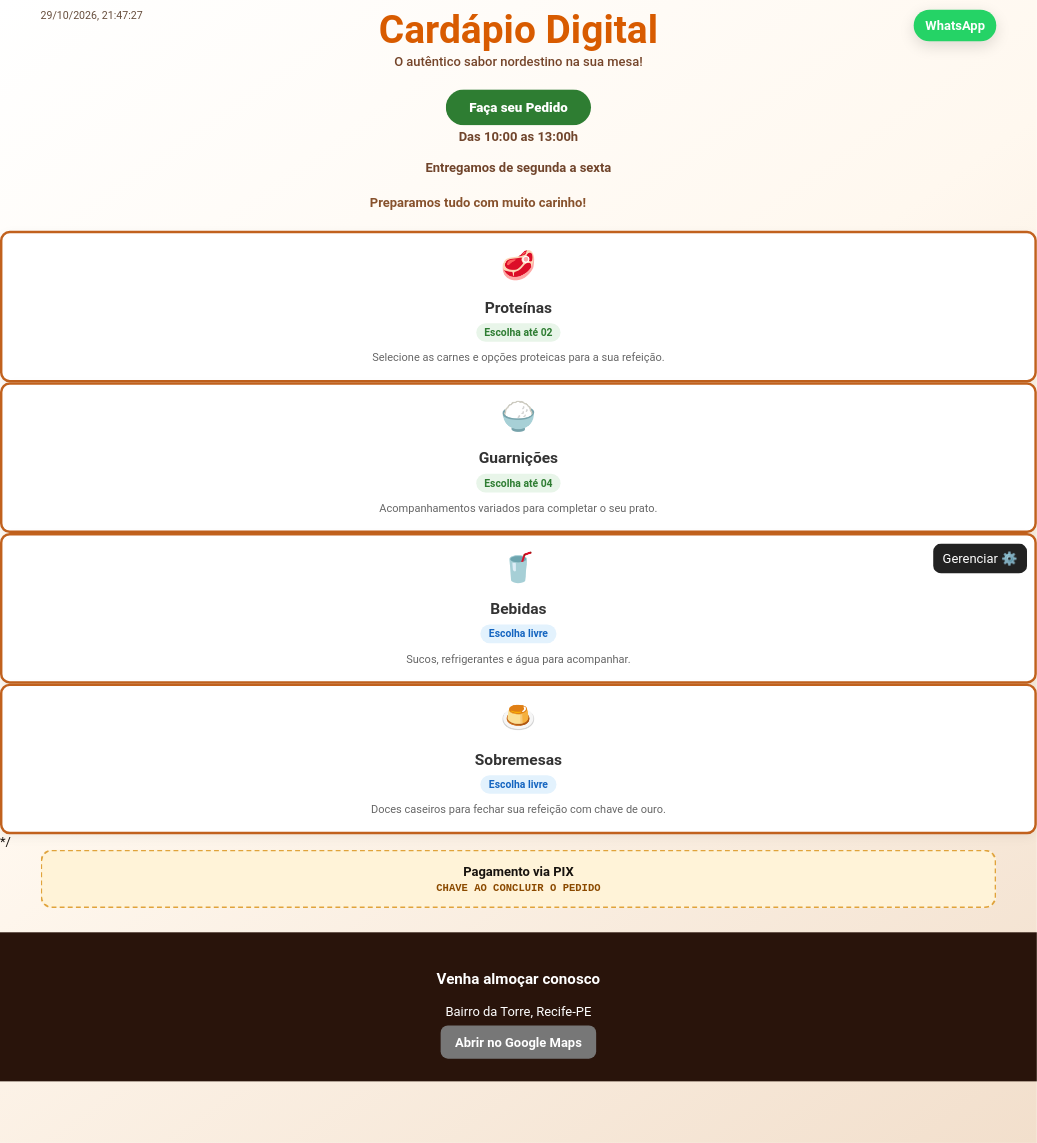
Repository: JeffRodFer/sd-copy-01-frontend
Page: index.html
These files come from the project's save history. The page is drawn as it stood at one moment and after the next save; the edit follows.
The browser window is 1280 px wide. The pictures show the whole page, at 81% of full size.
The page's requests for data from a server got no answer.

Above is the page before, as saved 2026-10-31 11:42:53.

After the next save:
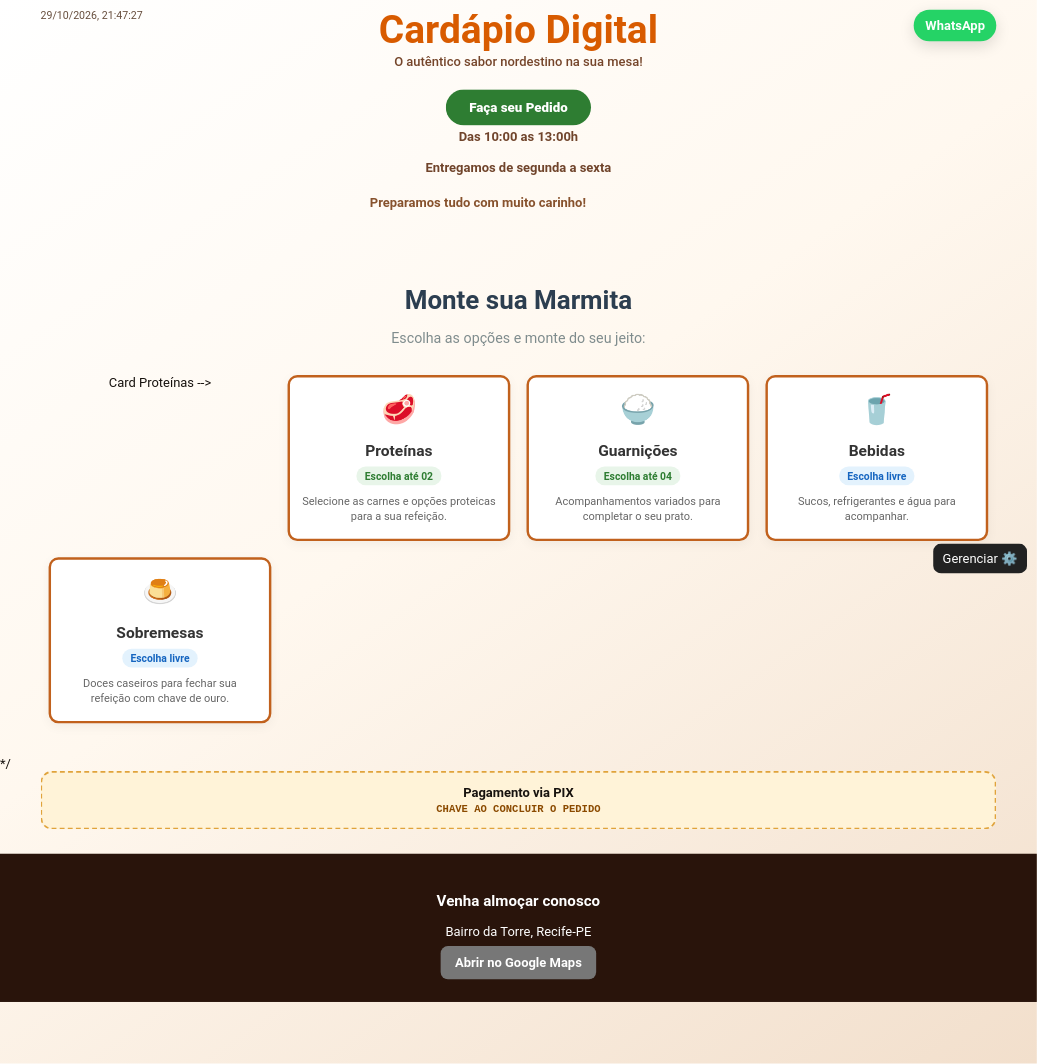
Saved 15 s later.
--- a/index.html
+++ b/index.html
@@ -57,7 +57,7 @@
   <div class="container note">
     Preparamos tudo com muito carinho!
   </div>
-  <!-- <section class="menu-categories-section">
+  <section class="menu-categories-section">
     <h2>Monte sua Marmita</h2>
     <p class="subtitle">Escolha as opções e monte do seu jeito:</p>
 
